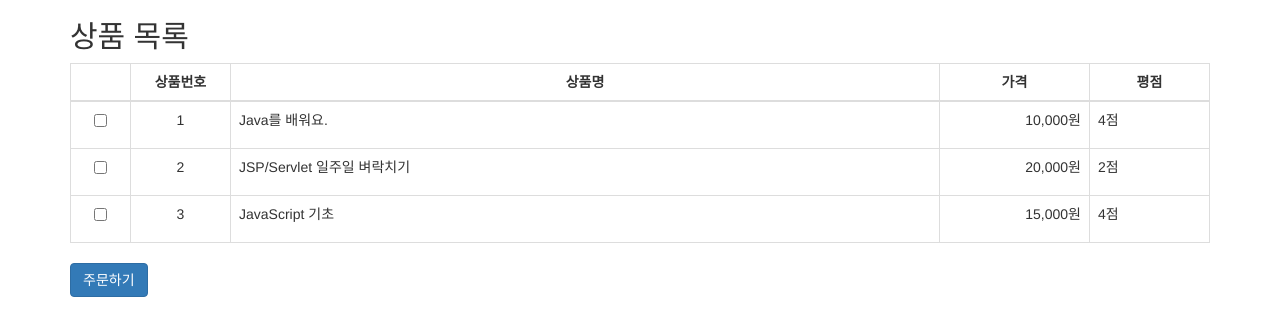
Repository: brotherdoor/shiba
Page: http://localhost/NBookShop_templete/productList.do
These files come from the project's save history. The page is drawn as it stood at one moment and after the next save; the edit follows.
The browser window is 1280 px wide. The pictures show the whole page.
The page is served by Tomcat 9. Queries for data that is not in the repository find no rows.

Above is the page before, as saved 2017-02-24 02:20:38.

After the next save:
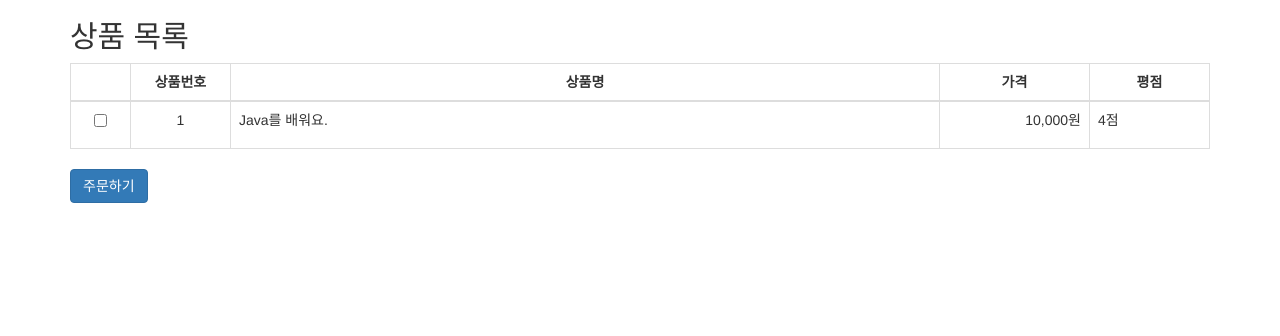
Saved 70 s later.
--- a/jsp/NBookShop_templete/WebContent/productList.jsp
+++ b/jsp/NBookShop_templete/WebContent/productList.jsp
@@ -1,5 +1,6 @@
 <%@ page language="java" contentType="text/html; charset=UTF-8"
     pageEncoding="UTF-8"%>
+<%@ taglib prefix="c" uri="http://java.sun.com/jsp/jstl/core" %>
 <!DOCTYPE html>
 <html lang="ko">
 <head>
@@ -30,25 +31,12 @@
                 </tr>
             </thead>
             <tbody>
+
                 <tr>
                     <td class="text-center"><label><input type="checkbox"/></label></td>
                     <td class="text-center">1</td>
                     <td>Java를 배워요.</td>
                     <td class="text-right">10,000원</td>
-                    <td><p><span class="starRating"><span style="width:80%">4점</span></span></p></td>
-                </tr>
-                <tr>
-                    <td class="text-center"><label><input type="checkbox"/></label></td>
-                    <td class="text-center">2</td>
-                    <td>JSP/Servlet 일주일 벼락치기</td>
-                    <td class="text-right">20,000원</td>
-                    <td><p><span class="starRating"><span style="width:40%">2점</span></span></p></td>
-                </tr>
-                <tr>
-                    <td class="text-center"><label><input type="checkbox"/></label></td>
-                    <td class="text-center">3</td>
-                    <td>JavaScript 기초</td>
-                    <td class="text-right">15,000원</td>
                     <td><p><span class="starRating"><span style="width:80%">4점</span></span></p></td>
                 </tr>
             </tbody>
